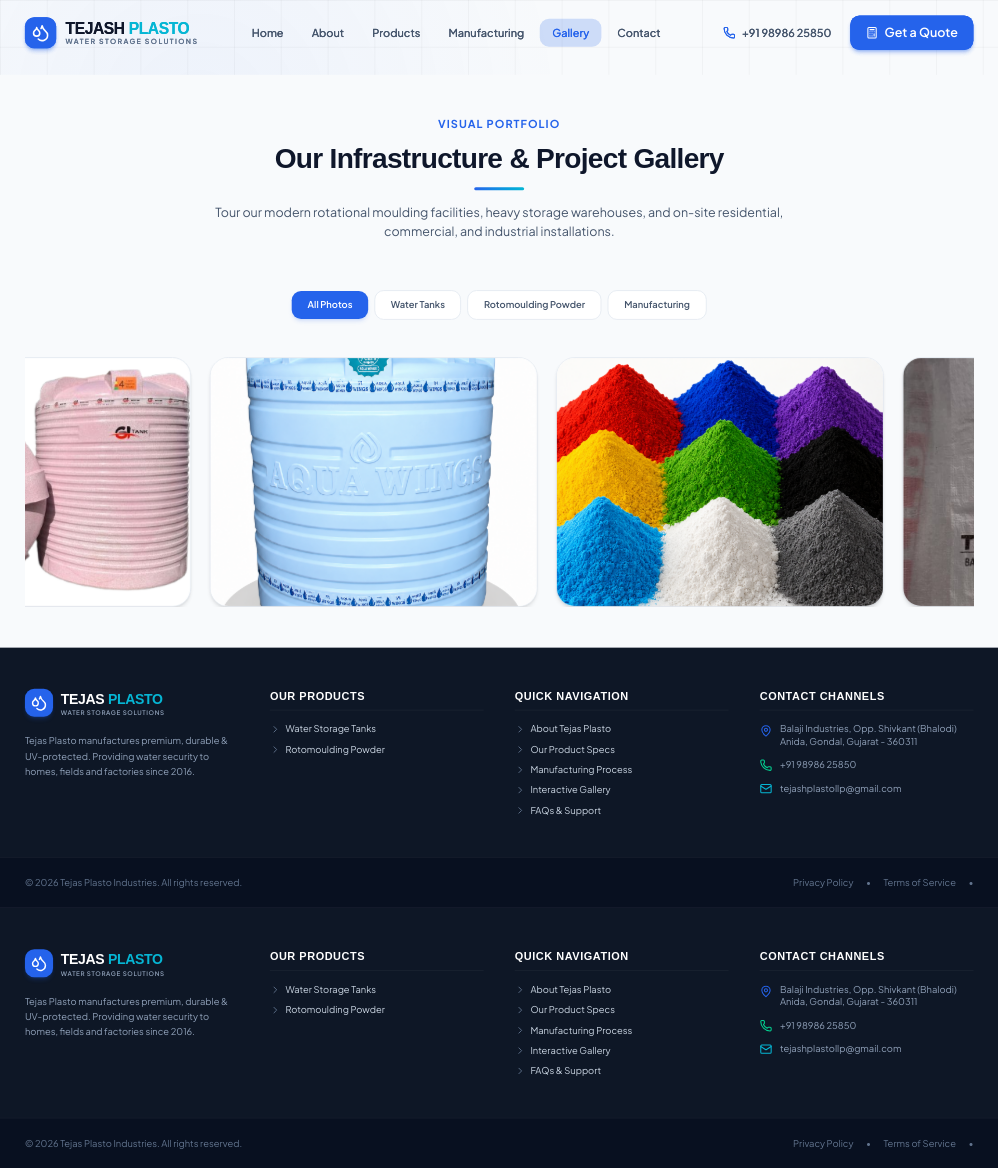
Repository: NikunjRajpara/TejasPlasto
Page: /gallery
The author's editor kept a copy of each file at every save. The page is drawn from the files as they stood at one save, then again after the next save.
The browser window is 1280 px wide. The pictures show the whole page, at 78% of full size.
The project was rebuilt for these pictures with package versions that can differ from the ones it lists, and the page was loaded fresh each time. Also part of the build but not shown: vite.config.js, src/components/Hero.jsx, src/components/CompanyOverview.jsx, src/components/ProductCategories.jsx, src/components/WhyChooseUs.jsx, src/components/ManufacturingProcess.jsx, src/components/Testimonials.jsx, src/components/FAQ.jsx and 6 more.

Above is the page before, as saved 2026-07-09 15:43:21.

### index.html
<!doctype html>
<html lang="en">
  <head>
    <meta charset="UTF-8" />
    <meta name="viewport" content="width=device-width, initial-scale=1.0" />
    <title>Tejash Plasto LLP - Strong, Safe and Reliable Water Storage Tanks</title>
  </head>
  <body>
    <div id="root"></div>
    <script type="module" src="/src/main.jsx"></script>
  </body>
</html>

### src/main.jsx
import { StrictMode } from "react";
import { createRoot } from "react-dom/client";
import { BrowserRouter } from "react-router-dom";   // <-- Add this

import App from "./App.jsx";
import "./index.css";

createRoot(document.getElementById("root")).render(
  <StrictMode>
    <BrowserRouter>
      <App />
    </BrowserRouter>
  </StrictMode>
);

### src/App.jsx
import { BrowserRouter, Routes, Route } from "react-router-dom";
import Layout from "./layouts/Layout";
import Home from "./pages/Home";
import About from "./pages/About";
import Products from "./pages/Products";
import Manufacturing from "./pages/Manufacturing";
import GalleryPage from "./pages/GalleryPage";
import ContactPage from "./pages/Contact";

export default function App() {
  return (

      <Routes>

        <Route element={<Layout />}>

          <Route path="/" element={<Home />} />

          <Route path="/about" element={<About />} />

          <Route path="/products" element={<Products />} />

          <Route
            path="/manufacturing"
            element={<Manufacturing />}
          />

          <Route
            path="/gallery"
            element={<GalleryPage />}
          />

          <Route
            path="/contact"
            element={<ContactPage />}
          />

        </Route>

      </Routes>

  );
}

### src/index.css
@import url('https://fonts.googleapis.com/css2?family=Outfit:wght@300;400;500;600;700;800&family=Plus+Jakarta+Sans:wght@300;400;500;600;700;800&display=swap');
@import "tailwindcss";

@theme {
	--font-sans: "Plus Jakarta Sans", sans-serif;
	--font-display: "poppins", sans-serif;

	--color-primary: #2563EB;
	--color-secondary: #06B6D4;
	--color-accent: #6366F1;
	--color-dark-footer: #0E1726;

	--color-bg-dark: #060913;
	--color-bg-card: rgba(13, 20, 38, .55);

	--color-text-dark: #F8FAFC;
	--color-text-light: #0F172A;

	--color-border: rgba(255, 255, 255, .08);

	--transition-smooth: all .3s ease;
}


html {
	scroll-behavior: smooth;
	font-family: var(--font-sans);
}

body {
	background: #f8fafc;
}

.dark body {
	background: #060913;
}

body::before {

	content: "";

	position: fixed;

	inset: 0;

	pointer-events: none;

	background:

		radial-gradient(circle at 20% 20%,
			rgba(37, 99, 235, .05),
			transparent 40%),

		radial-gradient(circle at 80% 80%,
			rgba(6, 182, 212, .05),
			transparent 40%),

		linear-gradient(rgba(0, 0, 0, .03) 1px, transparent 1px),

		linear-gradient(90deg,
			rgba(0, 0, 0, .03) 1px,
			transparent 1px);

	background-size:
		100%,
		100%,
		60px 60px,
		60px 60px;

	z-index: -1;

}

.font-display {
	font-family: var(--font-display);
}

.scrollbar-hide::-webkit-scrollbar {
	display: none;
}

.scrollbar-hide {
	scrollbar-width: none;
}

.gallery-wrapper {
	overflow: hidden;
	position: relative;
}

.gallery-track {
	display: flex;
	gap: 24px;
	width: max-content;
	animation: galleryScroll 35s linear infinite;
}

.gallery-track:hover {
	animation-play-state: paused;
}

@keyframes galleryScroll {
	from {
		transform: translateX(0);
	}

	to {
		transform: translateX(-50%);
	}
}

.glass-card {
	background: rgba(255, 255, 255, .75);
	backdrop-filter: blur(14px);
	border: 1px solid rgba(255, 255, 255, .4);
	box-shadow: 0 10px 30px rgba(0, 0, 0, .08);
	transition: .3s;
}

.dark .glass-card {
	background: rgba(13, 20, 38, .55);
	border: 1px solid rgba(255, 255, 255, .08);
}

.glass-card:hover {
	transform: translateY(-6px);
}

.gradient-btn {

	background: linear-gradient(135deg,
			#2563EB,
			#06B6D4);

	color: white;

	transition: .3s;

	box-shadow:
		0 12px 35px rgba(37, 99, 235, .25);

}

.gradient-btn:hover {

	transform: translateY(-3px);

	box-shadow:
		0 18px 40px rgba(6, 182, 212, .35);

}
.btn-primary{
    background:linear-gradient(135deg,#2563EB,#06B6D4);
    color:white;
    transition:.3s;
    box-shadow:0 12px 30px rgba(37,99,235,.25);
}

.btn-primary:hover{
    transform:translateY(-2px);
    box-shadow:0 18px 40px rgba(37,99,235,.35);
}
.card{
    background:white;
    border:1px solid rgb(226 232 240);
    border-radius:24px;
    box-shadow:0 10px 30px rgba(15,23,42,.06);
    transition:.3s;
}

.card:hover{
    transform:translateY(-6px);
    box-shadow:0 20px 40px rgba(15,23,42,.10);
}

### src/layouts/Layout.jsx
import { useState } from "react";
import { Outlet } from "react-router-dom";
import Navbar from "../components/Navbar";
import Footer from "../components/Footer";
export default function Layout() {
	return (
		<>
			{/* Navbar */}
			<Navbar />

			{/* Current Page */}
			<main className="pt-24">
				<Outlet
					context={{}}
				/>
			</main>

			{/* Footer */}
			<Footer />

		</>
	);
}

### src/pages/GalleryPage.jsx
import Navbar from "../components/Navbar";
import Gallery from "../components/Gallery";
import Footer from "../components/Footer";

export default function GalleryPage() {
  return (
    <>
      <Navbar />
      <Gallery />
      <Footer />
    </>
  );
}

### src/components/Footer.jsx
import React from 'react';
import { Droplets, Mail, Phone, MapPin, Facebook, Twitter, Linkedin, ChevronRight } from 'lucide-react';

export default function Footer() {
  const currentYear = new Date().getFullYear();

  const productLinks = [
    { name: 'Water Storage Tanks', href: '#products' },
    { name: 'Rotomoulding Powder', href: '#products' },
    ];

  const quickLinks = [
    { name: 'About Tejas Plasto', href: '#about' },
    { name: 'Our Product Specs', href: '#products' },
    { name: 'Manufacturing Process', href: '#process' },
    { name: 'Interactive Gallery', href: '#gallery' },
    { name: 'FAQs & Support', href: '#faq' },
  ];

  return (
    <footer className="bg-[#0E1726] text-slate-300 font-sans" id="app-footer">
      {/* Top Footer Sections */}
      <div className="max-w-7xl mx-auto px-4 sm:px-6 lg:px-8 py-13">
        <div className="grid grid-cols-1 md:grid-cols-2 lg:grid-cols-4 gap-10 items-start" id="footer-columns">

          {/* Col 1*/}
          <div className="lg:col-span-1 space-y-5">
            <a href="#home" className="flex items-center gap-2.5" id="footer-logo">
              <div className="w-9 h-9 bg-primary rounded-xl flex items-center justify-center text-white shadow-md shadow-primary/20">
                <Droplets className="w-5.5 h-5.5" />
              </div>
              <div>
                <span className="font-display font-bold text-lg tracking-tight text-white">
                  TEJAS <span className="text-secondary">PLASTO</span>
                </span>
                <span className="block text-[8px] text-slate-400 font-semibold tracking-widest uppercase -mt-0.5">
                  Water Storage Solutions
                </span>
              </div>
            </a>

            <p className="text-xs text-slate-400 leading-relaxed max-w-sm">
              Tejas Plasto manufactures premium, durable & UV-protected. Providing water security to homes, fields and factories since 2016.
            </p>



          </div>

          {/* Col 2*/}
          <div className="lg:col-span-1 space-y-4">
            <h4 className="font-display font-bold text-white text-sm uppercase tracking-wider border-b border-white/5 pb-2">
              Our Products
            </h4>
            <ul className="space-y-2.5 text-xs">
              {productLinks.map((link, idx) => (
                <li key={`${link.name}-${idx}`}>
                  <a
                    href={link.href}
                    className="hover:text-primary transition-colors flex items-center gap-1.5"
                  >
                    <ChevronRight className="w-3.5 h-3.5 text-slate-500" /> {link.name}
                  </a>
                </li>
              ))}
            </ul>
          </div>

          {/* Col 3*/}
          <div className="lg:col-span-1 space-y-4">
            <h4 className="font-display font-bold text-white text-sm uppercase tracking-wider border-b border-white/5 pb-2">
              Quick Navigation
            </h4>
            <ul className="space-y-2.5 text-xs">
              {quickLinks.map((link, idx) => (
                <li key={`${link.name}-${idx}`}>
                  <a
                    href={link.href}
                    className="hover:text-primary transition-colors flex items-center gap-1.5"
                  >
                    <ChevronRight className="w-3.5 h-3.5 text-slate-500" /> {link.name}
                  </a>
                </li>
              ))}
            </ul>
          </div>

          {/* Col 4*/}
          <div className="lg:col-span-1 space-y-4">
            <h4 className="font-display font-bold text-white text-sm uppercase tracking-wider border-b border-white/5 pb-2">
              Contact Channels
            </h4>
            <ul className="space-y-3.5 text-xs text-slate-400">
              <li className="flex items-start gap-2.5">
                <MapPin className="w-4 h-4 text-primary shrink-0 mt-0.5" />
                <span>
                  Balaji Industries, Opp. Shivkant (Bhalodi) Anida, Gondal, Gujarat - 360311
                </span>
              </li>
              <li className="flex items-center gap-2.5">
                <Phone className="w-4 h-4 text-emerald-400 shrink-0" />
                <a href="tel:+919898625850" className="hover:text-white transition-colors">
                  +91 98986 25850
                </a>
              </li>
              <li className="flex items-center gap-2.5">
                <Mail className="w-4 h-4 text-secondary shrink-0" />
                <a href="mailto:contact@tejasplasto.com" className="hover:text-white transition-colors">
                  tejashplastollp@gmail.com
                </a>
              </li>
            </ul>
          </div>

        </div>
      </div>

      {/* Bottom Copyright Strip */}
      <div className="border-t border-white/5 bg-slate-950/40 text-slate-500 py-6 text-xs text-center">
        <div className="max-w-7xl mx-auto px-4 sm:px-6 lg:px-8 flex flex-col sm:flex-row items-center justify-between gap-4">
          <p>© {currentYear} Tejas Plasto Industries. All rights reserved.</p>
          <div className="flex gap-4">
            <a href="#faq" className="hover:text-slate-400 transition-colors">Privacy Policy</a>
            <span>•</span>
            <a href="#faq" className="hover:text-slate-400 transition-colors">Terms of Service</a>
            <span>•</span>
                      </div>
        </div>
      </div>
    </footer>
  );
}

### src/components/Gallery.jsx
import React, { useState, useMemo } from 'react';
import { motion, AnimatePresence } from 'framer-motion';
import { X, ChevronLeft, ChevronRight, Image as ImageIcon, ZoomIn } from 'lucide-react';
import { GALLERY } from '../data';

export default function Gallery() {
	const [filter, setFilter] = useState('all');
	const [lightboxIndex, setLightboxIndex] = useState(null);

	// Filtered gallery items
	const filteredItems = useMemo(() => {
		if (filter === 'all') return GALLERY;
		return GALLERY.filter(item => item.category === filter);
	}, [filter]);

	const filterTabs = [
		{ value: 'all', label: 'All Photos' },
		{ value: 'plant', label: 'Water Tanks' },
		{ value: 'products', label: 'Rotomoulding Powder' },
		{ value: "interior", label: "Manufacturing" },

	];

	const handlePrev = () => {
		if (lightboxIndex === null) return;

		setLightboxIndex((prev) =>
			prev === 0 ? filteredItems.length - 1 : prev - 1
		);
	};

	const handleNext = () => {
		if (lightboxIndex === null) return;

		setLightboxIndex((prev) =>
			prev === filteredItems.length - 1 ? 0 : prev + 1
		);
	};

	return (
		<section id="gallery" className="py-13 bg-slate-50 relative overflow-hidden">
			<div className="max-w-7xl mx-auto px-4 sm:px-6 lg:px-8 relative z-10">

				{/* Section Header */}
				<div className="text-center max-w-3xl mx-auto mb-16 space-y-4">
					<span className="text-sm font-bold text-primary uppercase tracking-widest block">VISUAL PORTFOLIO</span>
					<h2 className="text-3xl sm:text-4xl font-display font-extrabold text-slate-900 tracking-tight">
						Our Infrastructure & Project Gallery
					</h2>
					<div className="w-16 h-1 bg-gradient-to-r from-primary to-secondary mx-auto rounded" />
					<p className="text-slate-600">
						Tour our modern rotational moulding facilities, heavy storage warehouses, and on-site residential, commercial, and industrial installations.
					</p>
				</div>

				{/* Gallery Filter Pills */}
				<div className="flex flex-wrap items-center justify-center gap-2 mb-12" id="gallery-filters">
					{filterTabs.map((tab) => (
						<button
							key={tab.value}
							onClick={() => {
								setFilter(tab.value);
								setLightboxIndex(null); // Reset lightbox active state
							}}
							className={`px-5 py-2.5 rounded-xl text-xs font-semibold transition-all cursor-pointer ${filter === tab.value
								? 'bg-primary text-white shadow-md shadow-primary/15'
								: 'bg-white border border-slate-200 text-slate-600 hover:bg-slate-50'
								}`}
						>
							{tab.label}
						</button>
					))}
				</div>

				{/* Infinite Auto Scrolling Gallery */}
				<div className="gallery-wrapper">

					<div className="gallery-track">

						{[...filteredItems, ...filteredItems].map((item, index) => (

							<motion.div
								key={`${item.id}-${index}`}
								whileHover={{
									y: -8,
									scale: 1.03
								}}
								transition={{
									duration: 0.25
								}}
								onClick={() =>
									setLightboxIndex(index % filteredItems.length)
								}
								className=" group relative w-[300px] sm:w-[340px] lg:w-[420px] h-80 flex-shrink-0 overflow-hidden rounded-3xl border border-slate-200 bg-white shadow-md hover:shadow-2xl cursor-pointer transition-all"
								id={`gallery-item-${item.id}-${index}`}
							>

								{/* Image */}
								<img
									src={item.image}
									alt={item.title}
									referrerPolicy="no-referrer"
									className=" w-full h-full object-cover transition-transform duration-500 group-hover:scale-105"
								/>

								{/* Dark Overlay */}
								<div
									className="absolute inset-0 bg-black/35 opacity-0 group-hover:opacity-100 transition-opacity duration-300"
								/>

								{/* Zoom Icon */}
								<div
									className="absolute top-4 right-4 bg-white/20 backdrop-blur-md p-2 rounded-xl text-white opacity-0 group-hover:opacity-100 transition-opacity duration-300"
								>
									<ZoomIn className="w-4 h-4" />
								</div>

								{/* Caption */}
								<div
									className="absolute bottom-0 left-0 right-0 p-5 text-white translate-y-5 opacity-0 group-hover:translate-y-0 group-hover:opacity-100 transition-all duration-300"
								>
									<p className="text-xs uppercase tracking-widest text-secondary font-semibold">
										{item.category}
									</p>

									<h4 className="font-display text-lg font-bold">
										{item.title}
									</h4>
								</div>

							</motion.div>

						))}

					</div>

				</div>
			</div>

			{/* Lightbox Modal */}
			<AnimatePresence>
				{lightboxIndex !== null && (
					<div className="fixed inset-0 z-50 flex items-center justify-center p-4">
						{/* Backdrop */}
						<motion.div
							initial={{ opacity: 0 }}
							animate={{ opacity: 1 }}
							exit={{ opacity: 0 }}
							onClick={() => setLightboxIndex(null)}
							className="fixed inset-0 bg-slate-950/90 backdrop-blur-md"
							id="lightbox-backdrop"
						/>

						{/* Content Container */}
						<motion.div
							initial={{ opacity: 0, scale: 0.95 }}
							animate={{ opacity: 1, scale: 1 }}
							exit={{ opacity: 0, scale: 0.95 }}
							className="relative w-full max-w-4xl z-10 flex flex-col gap-4 text-center"
							id="lightbox-modal"
						>
							{/* Close Button */}
							<button
								onClick={() => setLightboxIndex(null)}
								className="absolute -top-12 right-0 bg-white/10 hover:bg-white/20 text-white p-2 rounded-full transition-colors"
								id="lightbox-close-btn"
							>
								<X className="w-5 h-5" />
							</button>

							{/* Main Image Frame */}
							<div className="relative aspect-[3/2] max-h-[70vh] bg-slate-900 rounded-3xl overflow-hidden shadow-2xl border border-white/10">
								<img
									src={filteredItems[lightboxIndex]?.image}
									alt={filteredItems[lightboxIndex]?.title}
									className="w-full h-full object-contain"
									referrerPolicy="no-referrer"
								/>

								{/* Left Arrow */}
								<button
									onClick={handlePrev}
									className="absolute left-4 top-1/2 -translate-y-1/2 bg-slate-950/65 hover:bg-slate-950 text-white p-3 rounded-2xl transition-all"
									aria-label="Previous image"
									id="lightbox-prev-btn"
								>
									<ChevronLeft className="w-5 h-5" />
								</button>

								{/* Right Arrow */}
								<button
									onClick={handleNext}
									className="absolute right-4 top-1/2 -translate-y-1/2 bg-slate-950/65 hover:bg-slate-950 text-white p-3 rounded-2xl transition-all"
									aria-label="Next image"
									id="lightbox-next-btn"
								>
									<ChevronRight className="w-5 h-5" />
								</button>
							</div>

							<div className="text-white space-y-1 px-4">

								<span className="text-[10px] uppercase tracking-[0.25em] text-secondary font-bold">

									{filteredItems[lightboxIndex]?.category}

									{" • "}

									{lightboxIndex + 1} / {filteredItems.length}

								</span>

								<h4 className="font-display text-xl font-bold">

									{filteredItems[lightboxIndex]?.title}

								</h4>

							</div>
						</motion.div>
					</div>
				)}
			</AnimatePresence>
		</section >
	);
}

Loaded but not shown: src/data.js (226 lines, source omitted); src/components/Navbar.jsx (295 lines, source omitted)

After the next save:
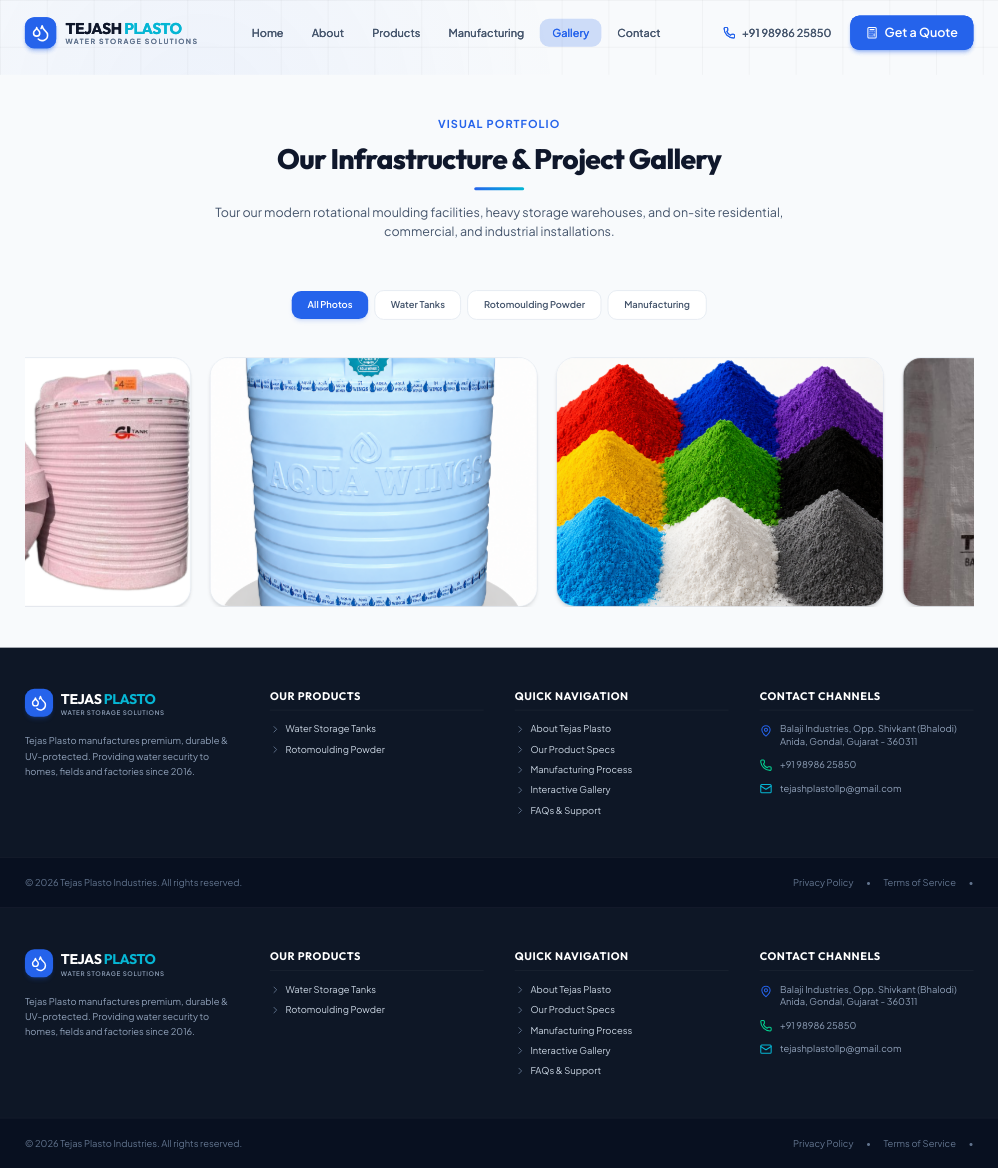
Saved 10 s later.
--- a/src/index.css
+++ b/src/index.css
@@ -3,7 +3,7 @@
 
 @theme {
 	--font-sans: "Plus Jakarta Sans", sans-serif;
-	--font-display: "poppins", sans-serif;
+	--font-display: "Outfit", sans-serif;
 
 	--color-primary: #2563EB;
 	--color-secondary: #06B6D4;
